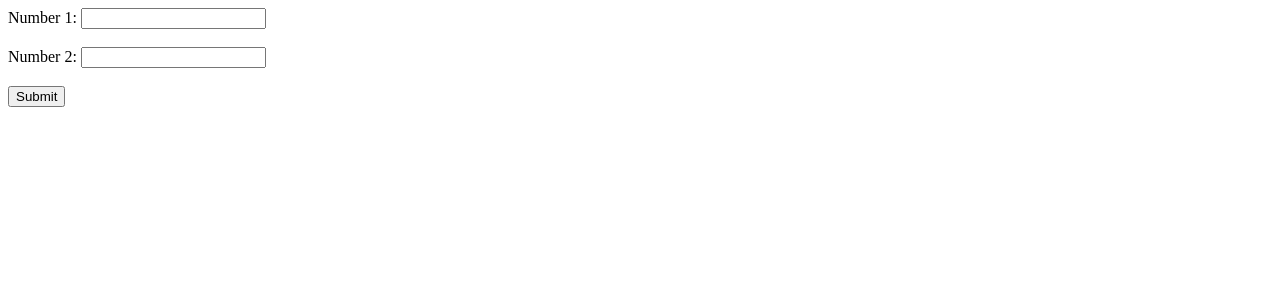
Repository: MarkFernandes11/Advanced-Java
Page: DemoApp/WebContent/index.html
The author's editor kept a copy of each file at every save. The page is drawn from the files as they stood at one save, then again after the next save.
The browser window is 1280 px wide. The pictures show the whole page.

Above is the page before, as saved 2019-09-21 13:42:32.

### DemoApp/WebContent/index.html
<!DOCTYPE html>
<html>
<head>
<meta charset="UTF-8">
<title>Insert title here</title>
</head>
<body>
	<form action="add">
		Number 1: <input type = "text" name="Num1">
		<br><br>
		Number 2: <input type = "text" name="Num2">
		<br><br>
		<input type="submit" name="Submit">
</body>
</html>

After the next save:
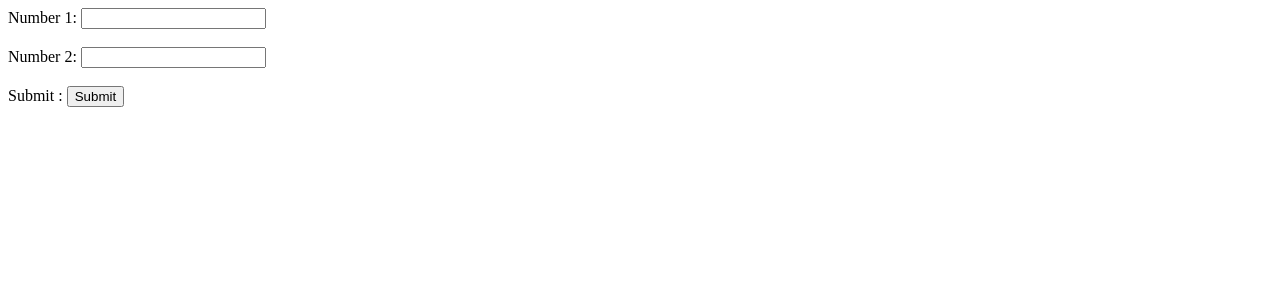
Saved 17 s later.
--- a/DemoApp/WebContent/index.html
+++ b/DemoApp/WebContent/index.html
@@ -10,6 +10,6 @@
 		<br><br>
 		Number 2: <input type = "text" name="Num2">
 		<br><br>
-		<input type="submit" name="Submit">
+		Submit : <input type="submit" name="Submit">
 </body>
 </html>
